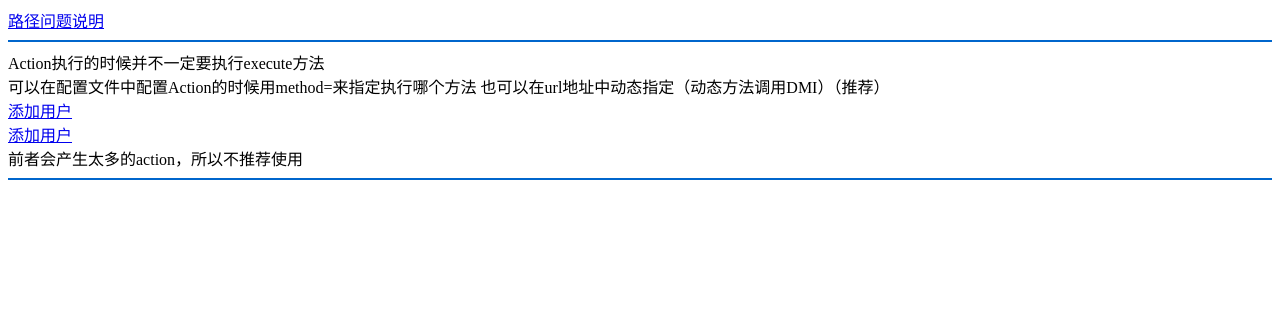
Repository: chellong/StrutsBasic
Page: http://localhost/Struts2.3Sx_1/
The author's editor kept a copy of each file at every save. The page is drawn from the files as they stood at one save, then again after the next save.
The browser window is 1280 px wide. The pictures show the whole page.
The page is served by Tomcat 9. Nobody is signed in. The application's start-up code is not run. Other server files are loaded and not shown.

Above is the page before, as saved 2016-01-22 16:10:59.

### Struts2.3Sx_1/WebContent/index.jsp
<?xml version="1.0" encoding="GB18030" ?>
<%@ page language="java" contentType="text/html; charset=GB18030"
    pageEncoding="GB18030"%>

<%
String path = request.getContextPath();
String basePath = request.getScheme()+"://"+request.getServerName()+":"+request.getServerPort()+path+"/";
//在head中<base href>指定basePath
%>

<!DOCTYPE html PUBLIC "-//W3C//DTD XHTML 1.0 Transitional//EN" "http://www.w3.org/TR/xhtml1/DTD/xhtml1-transitional.dtd">
<html xmlns="http://www.w3.org/1999/xhtml">
<head>
<meta http-equiv="Content-Type" content="text/html; charset=GB18030" />
<title>Insert title here</title>
</head>
<body>
	<a href="path/path.action">路径问题说明</a>
	<hr noshade color="#0066cc"/>
	Action执行的时候并不一定要执行execute方法<br />
	可以在配置文件中配置Action的时候用method=来指定执行哪个方法
	也可以在url地址中动态指定（动态方法调用DMI）（推荐）<br />
	<a href="/user/userAdd">添加用户</a>
	<br />
	<a href="/user/user!add">添加用户</a>
	<br />
前者会产生太多的action，所以不推荐使用

	<hr noshade color="#0066cc"/>

</body>
</html>

After the next save:
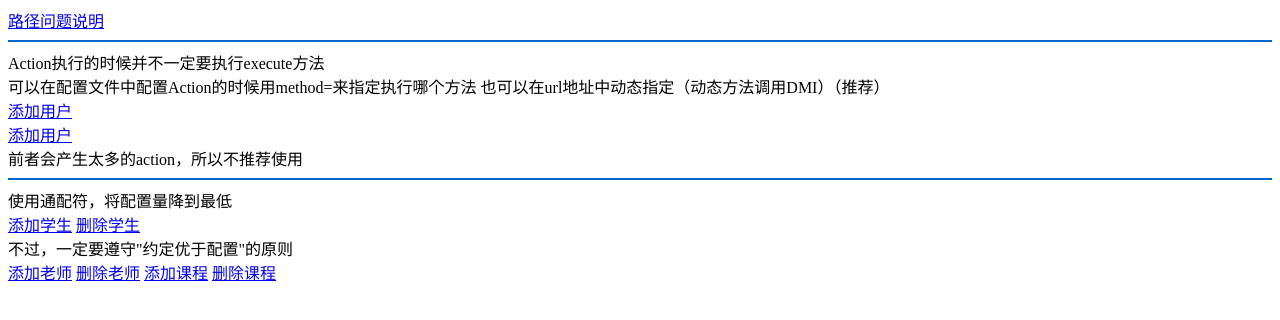
Saved 9 min 42 s later.
--- a/Struts2.3Sx_1/WebContent/index.jsp
+++ b/Struts2.3Sx_1/WebContent/index.jsp
@@ -28,5 +28,16 @@ String basePath = request.getScheme()+"://"+request.getServerName()+":"+request.
 
 	<hr noshade color="#0066cc"/>
 
+	使用通配符，将配置量降到最低<br />
+<a href="/actions/Studentadd">添加学生</a>
+<a href="/actions/Studentdelete">删除学生</a>
+<br />
+不过，一定要遵守"约定优于配置"的原则
+<br />
+<a href="/actions/Teacher_add">添加老师</a>
+<a href="/actions/Teacher_delete">删除老师</a>
+<a href="/actions/Course_add">添加课程</a>
+<a href="/actions/Course_delete">删除课程</a>
+
 </body>
 </html>
